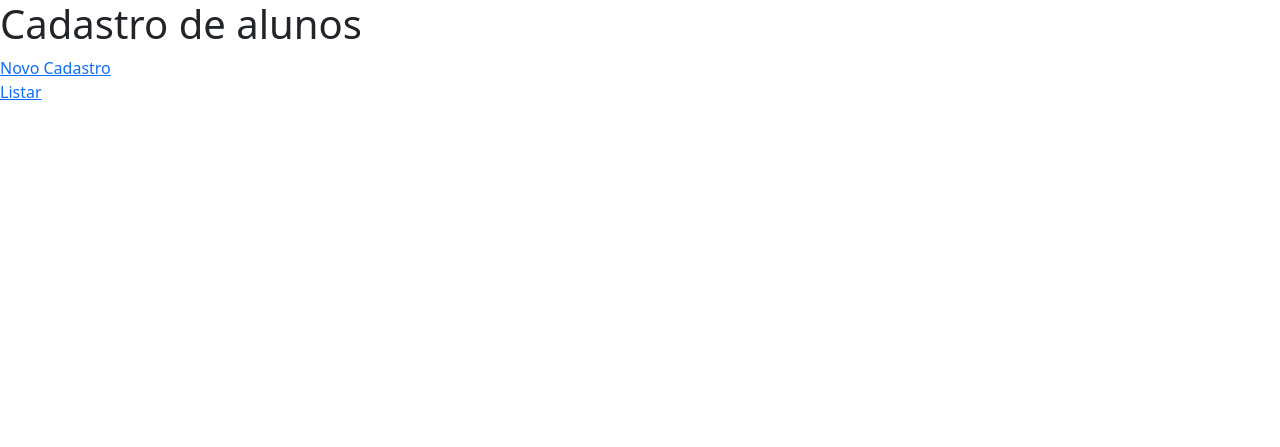
Repository: juliatbarbosa/CRUD-ALUNOS
Page: http://localhost/OlaMundo/alunos/cadastro/index.jsp
The author's editor kept a copy of each file at every save. The page is drawn from the files as they stood at one save, then again after the next save.
The browser window is 1280 px wide. The pictures show the whole page.
The page is served by Tomcat 9.

Above is the page before, as saved 2024-09-29 21:06:05.

After the next save:
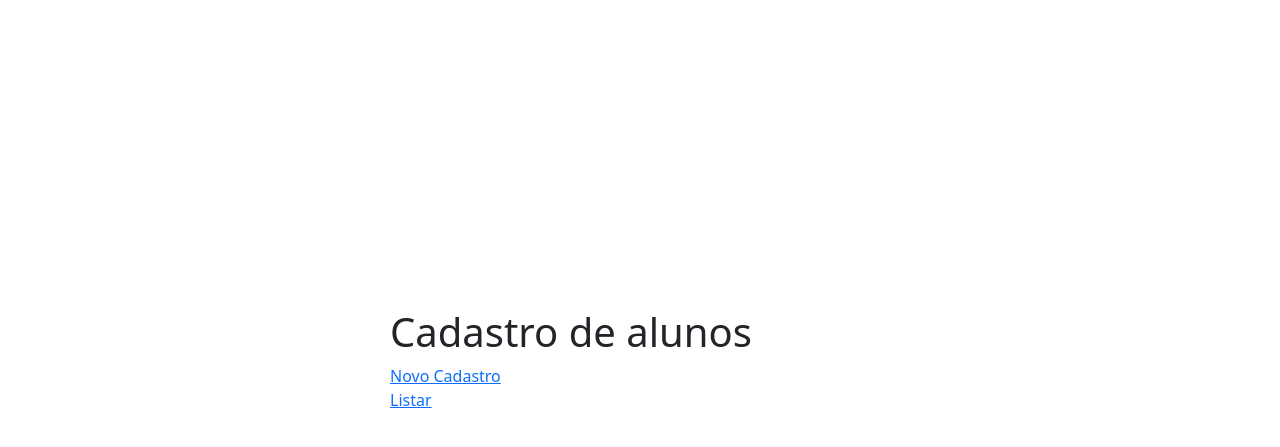
Saved 22 s later.
--- a/OlaMundo/src/main/webapp/alunos/cadastro/index.jsp
+++ b/OlaMundo/src/main/webapp/alunos/cadastro/index.jsp
@@ -10,6 +10,20 @@
 <link href="https://cdn.jsdelivr.net/npm/bootstrap@5.3.3/dist/css/bootstrap.min.css" rel="stylesheet" integrity="sha384-QWTKZyjpPEjISv5WaRU9OFeRpok6YctnYmDr5pNlyT2bRjXh0JMhjY6hW+ALEwIH" crossorigin="anonymous">
 <link href="https://cdn.jsdelivr.net/npm/bootstrap-icons/font/bootstrap-icons.css" rel="stylesheet">
 
+<style>
+body {
+		display: flex;
+		justify-content: center;
+		align-items: center;
+		height: 100vh;
+
+	}
+	.conteudoTela {
+		width: 500px;
+
+
+	}
+</style>
 </head>
 <body>
 
